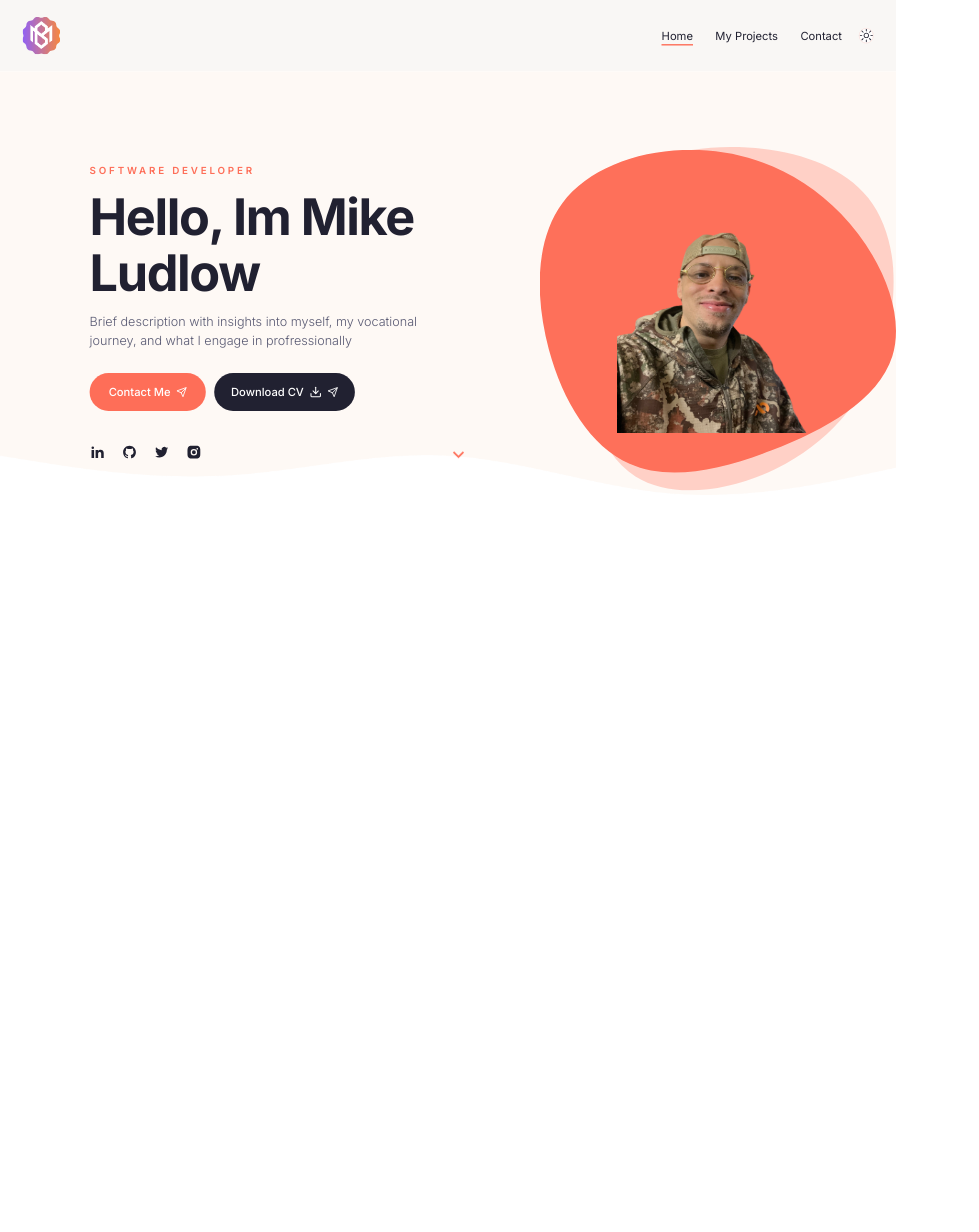
Repository: MikeeBuilds/mike-port
Page: /
The author's editor kept a copy of each file at every save. The page is drawn from the files as they stood at one save, then again after the next save.
The browser window is 1280 px wide. The page is 1318 px wide, then 1398 px, so the pictures cover 1398 px, including what lies to the right of the window. The pictures show the part of the page from y = 0 to 1760 px (the page is 4731 px tall), at 70% of full size.
The project was rebuilt for these pictures with package versions that can differ from the ones it lists, and the page was loaded fresh each time. The framework's server and built-in components were replaced by stand-ins that run in the browser. Also part of the build but not shown: next.config.js, components/Badge.jsx.

Above is the page before, as saved 2023-11-30 11:22:13.

After the next save:
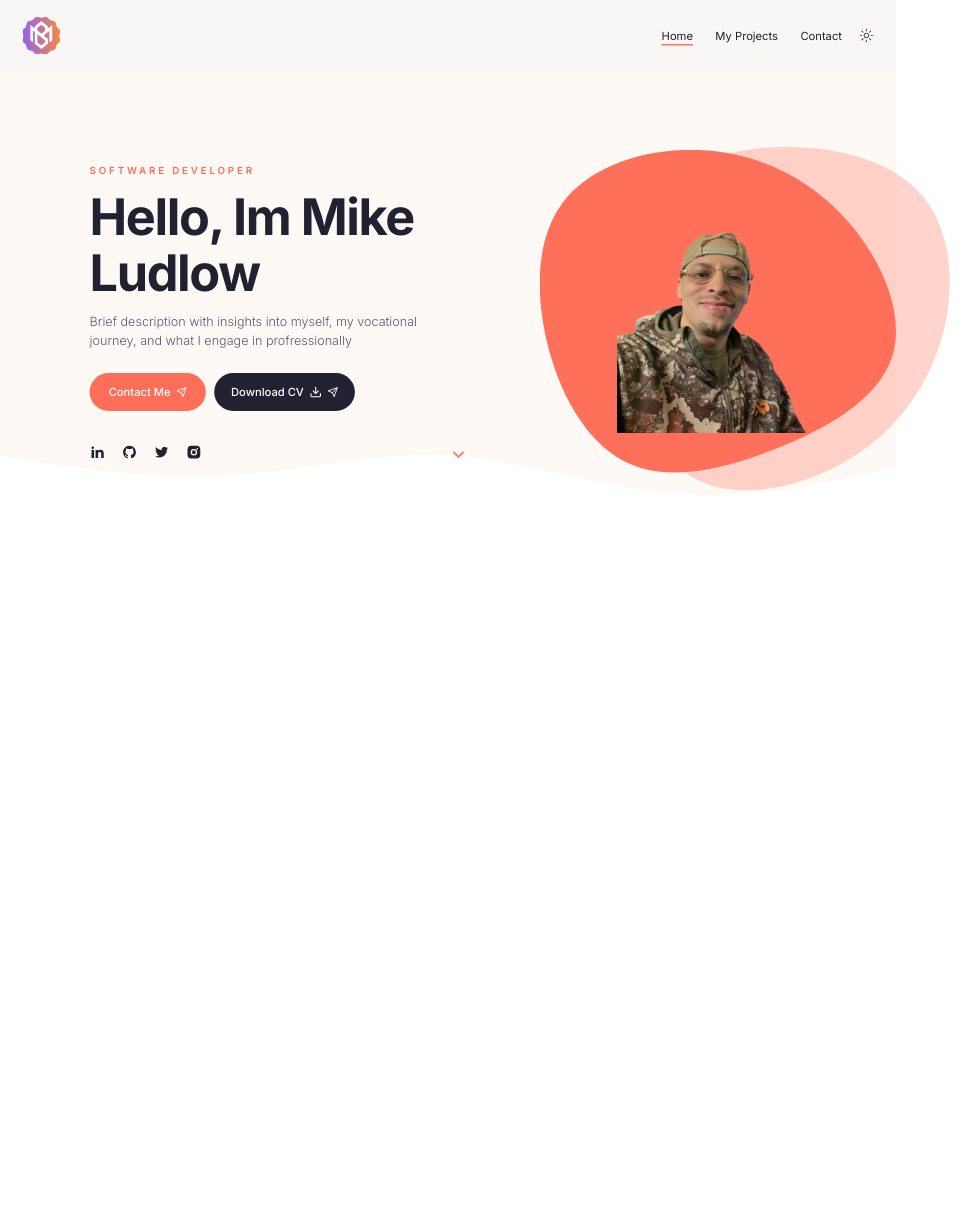
Saved 5 s later.
--- a/components/Hero.jsx
+++ b/components/Hero.jsx
@@ -50,7 +50,7 @@ const Hero = () => {
         </div>
         {/* image */}
         <div className="hidden xl:flex relative">
-          <div className="bg-hero_shape2_light dark:bg-hero_shape2_dark w-[500px] h-[500px] bg-no-repeat absolute -top-1 left-12"></div>
+          <div className="bg-hero_shape2_light dark:bg-hero_shape2_dark w-[500px] h-[500px] bg-no-repeat absolute -top-1 left-32"></div>
           <DevImg containerStyles="bg-hero_shape w-[510px] h-[462px] bg-no-repeat relative bg-bottom" imgSrc='/hero/developer.png'/>
         </div>
         {/* icon */}
